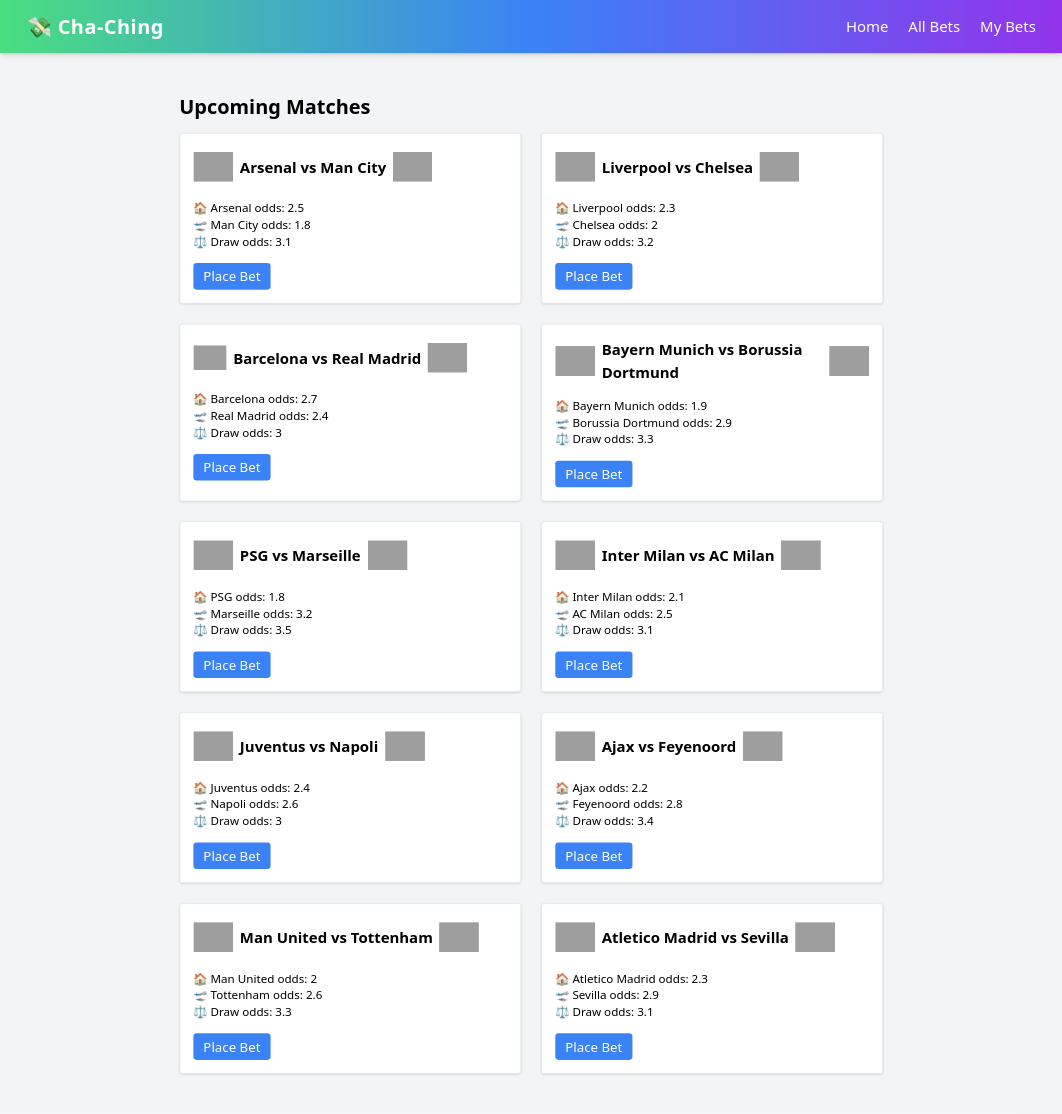
Repository: PEEZYBEE/cha-ching
Page: /bets
The author's editor kept a copy of each file at every save. The page is drawn from the files as they stood at one save, then again after a run of saves.
The browser window is 1280 px wide. The pictures show the whole page, at 83% of full size.
Pictures or frames that could not be fetched are drawn as grey boxes. The page's requests for data from a server got no answer. The project was rebuilt for these pictures with package versions that can differ from the ones it lists, and the page was loaded fresh each time. No one was signed in, and anything a server would have sent is missing. Requests to the local data server were answered from the project's data file. Also part of the build but not shown: vite.config.js, src/pages/HomePage.jsx, src/components/BetForm.jsx, src/pages/MyBetsPage.jsx, src/pages/ResultsPage.jsx.

Above is the page before, as saved 2025-04-22 00:23:24.

### index.html
<!doctype html>
<html lang="en">
  <head>
    <meta charset="UTF-8" />
    <link rel="icon" type="image/svg+xml" href="https://i.pinimg.com/236x/50/70/9f/50709f03061276eef65dc2b662e76530.jpg" />
    <meta name="viewport" content="width=device-width, initial-scale=1.0" />
    <title>cha-ching</title>
  </head>
  <body>
    <div id="root"></div>
    <script type="module" src="/src/main.jsx"></script>
  </body>
</html>

### src/main.jsx
import { StrictMode } from "react"
import { createRoot } from "react-dom/client"
import { BrowserRouter } from "react-router-dom"
import App from "./App"
import "./index.css"

createRoot(document.getElementById("root")).render(
  <StrictMode>
    <BrowserRouter>
      <App />
    </BrowserRouter>
  </StrictMode>
)

### src/App.jsx
import { useState } from "react";
import { Routes, Route } from "react-router-dom";
import Navbar from "./components/Navbar";
import HomePage from "./pages/HomePage";
import BetsPage from "./pages/BetsPage";
import MyBetsPage from "./pages/MyBetsPage";
import ResultsPage from "./pages/ResultsPage";
import { ToastContainer } from "react-toastify";
import "react-toastify/dist/ReactToastify.css";


export default function App() {
  const [myBets, setMyBets] = useState([]);

  function handlePlaceBet(bet) {
    setMyBets((prevBets) => [...prevBets, bet]);
  }

  return (
    <div className="min-h-screen bg-gray-100">
      <Navbar />
      <div className="p-6">
        <Routes>
          <Route path="/" element={<HomePage />} />
          <Route path="/bets" element={<BetsPage onPlaceBet={handlePlaceBet} />} />
          <Route path="/my-bets" element={<MyBetsPage myBets={myBets} />} />
          <Route path="/results" element={<ResultsPage />} />
        </Routes>
        <ToastContainer position="top-right" autoClose={3000} />
      </div>
    </div>
  );
}

### src/components/Navbar.jsx
import { Link } from "react-router-dom";
import { motion } from "framer-motion";

export default function Navbar() {
  return (
    <motion.nav
      initial={{ y: -80 }}
      animate={{ y: 0 }}
      transition={{ type: "spring", stiffness: 80 }}
      className="sticky top-0 z-50 bg-gradient-to-r from-green-400 via-blue-500 to-purple-600 backdrop-blur-sm bg-opacity-80 shadow-md"
    >
      <div className="max-w-7xl mx-auto px-4 sm:px-6 lg:px-8 py-4 flex items-center justify-between text-white">
        {/* Logo */}
        <motion.div
          initial={{ rotate: -10 }}
          animate={{ rotate: 0 }}
          transition={{ type: "spring", stiffness: 200 }}
          className="text-2xl font-extrabold tracking-wide"
        >
          💸 Cha-Ching
        </motion.div>

        {/* Links */}
        <div className="flex space-x-6 text-lg font-medium">
          <NavItem to="/" text="Home" />
          <NavItem to="/bets" text="All Bets" />
          <NavItem to="/my-bets" text="My Bets" />
        </div>
      </div>
    </motion.nav>
  );
}

function NavItem({ to, text }) {
  return (
    <motion.div
      whileHover={{ scale: 1.1 }}
      whileTap={{ scale: 0.95 }}
      className="transition-all duration-200"
    >
      <Link
        to={to}
        className="hover:text-yellow-300 hover:underline underline-offset-4"
      >
        {text}
      </Link>
    </motion.div>
  );
}

### src/pages/BetsPage.jsx
import { useEffect, useState } from "react";
import MatchCardFixed from "../components/MatchCardFixed";
import BetForm from "../components/BetForm";

export default function BetsPage() {
  const [games, setGames] = useState([]);
  const [selectedGame, setSelectedGame] = useState(null);

  useEffect(() => {
    fetch("http://localhost:3000/games")
      .then((res) => res.json())
      .then((data) => {
        console.log("Fetched games:", data);
        setGames(data);
      })
      .catch((err) => console.error("Error fetching games:", err));
  }, []);

  function handlePlaceBet(game) {
    setSelectedGame(game);
  }

  function handleSubmitBet(newBet) {
    fetch("http://localhost:3000/bets", {
      method: "POST",
      headers: {
        "Content-Type": "application/json",
      },
      body: JSON.stringify(newBet),
    })
      .then((res) => res.json())
      .then((data) => {
        console.log("Bet submitted:", data);
        setSelectedGame(null);
        alert("Bet placed!");
      })
      .catch((err) => console.error("Error placing bet:", err));
  }

  return (
    <div className="p-6 max-w-4xl mx-auto">
      <h2 className="text-2xl font-bold mb-4">Upcoming Matches</h2>

      {selectedGame && (
        <BetForm game={selectedGame} onSubmitBet={handleSubmitBet} />
      )}

      {games.length === 0 ? (
        <p>Loading games...</p>
      ) : (
        <div className="grid gap-6 sm:grid-cols-1 md:grid-cols-2 lg:grid-cols-2">
          {games.map((game) => (
            <MatchCardFixed
              key={game.id}
              match={game}
              onPlaceBet={handlePlaceBet}
            />
          ))}
        </div>
      )}
    </div>
  );
}

### src/components/MatchCardFixed.jsx
export default function MatchCardFixed({ match, onPlaceBet }) {
  const smallLogoTeams = ["Barcelona"]; // Add more teams here

  const getLogoClass = (team) =>
    smallLogoTeams.includes(team) ? "w-10 h-10" : "w-12 h-12";

  return (
    <div className="border p-4 rounded shadow bg-white">
      <div className="flex items-center justify-between mb-4">
        <div className="flex items-center gap-2">
          <img
            src={match.homeTeamLogo}
            alt={match.homeTeam}
            className={`object-contain ${getLogoClass(match.homeTeam)}`}
          />
          <span className="font-semibold text-lg">
            {match.homeTeam} vs {match.awayTeam}
          </span>
          <img
            src={match.awayTeamLogo}
            alt={match.awayTeam}
            className={`object-contain ${getLogoClass(match.awayTeam)}`}
          />
        </div>
      </div>
      <div className="text-sm mb-2">
        <p>🏠 {match.homeTeam} odds: {match.homeOdds}</p>
        <p>🛫 {match.awayTeam} odds: {match.awayOdds}</p>
        <p>⚖️ Draw odds: {match.drawOdds}</p>
      </div>
      <button
        onClick={() => onPlaceBet(match)}
        className="mt-2 bg-blue-500 hover:bg-blue-600 text-white py-1 px-3 rounded"
      >
        Place Bet
      </button>
    </div>
  );
}

### db.json
{
  "games": [
    {
      "id": "1",
      "homeTeam": "Arsenal",
      "homeTeamLogo": "https://upload.wikimedia.org/wikipedia/en/5/53/Arsenal_FC.svg",
      "awayTeam": "Man City",
      "awayTeamLogo": "https://upload.wikimedia.org/wikipedia/en/e/eb/Manchester_City_FC_badge.svg",
      "homeOdds": 2.5,
      "awayOdds": 1.8,
      "drawOdds": 3.1,
      "result": "away"
    },
    {
      "id": "2",
      "homeTeam": "Liverpool",
      "homeTeamLogo": "https://upload.wikimedia.org/wikipedia/en/0/0c/Liverpool_FC.svg",
      "awayTeam": "Chelsea",
      "awayTeamLogo": "https://upload.wikimedia.org/wikipedia/en/c/cc/Chelsea_FC.svg",
      "homeOdds": 2.3,
      "awayOdds": 2,
      "drawOdds": 3.2,
      "result": null
    },
    {
      "id": "3",
      "homeTeam": "Barcelona",
      "homeTeamLogo": "https://upload.wikimedia.org/wikipedia/en/thumb/4/47/FC_Barcelona_%28crest%29.svg/100px-FC_Barcelona_%28crest%29.svg.png",
      "awayTeam": "Real Madrid",
      "awayTeamLogo": "https://upload.wikimedia.org/wikipedia/en/5/56/Real_Madrid_CF.svg",
      "homeOdds": 2.7,
      "awayOdds": 2.4,
      "drawOdds": 3,
      "result": "away"
    },
    {
      "id": "4",
      "homeTeam": "Bayern Munich",
      "homeTeamLogo": "https://encrypted-tbn0.gstatic.com/images?q=tbn:ANd9GcQLL_mt8ufVH3Vp_fJCv_1nhaXvl7PCBGdJGY9xZnS-3QWHxciJAuDH1AKaLK-St-UaQQ0&usqp=CAU",
      "awayTeam": "Borussia Dortmund",
      "awayTeamLogo": "https://upload.wikimedia.org/wikipedia/commons/6/67/Borussia_Dortmund_logo.svg",
      "homeOdds": 1.9,
      "awayOdds": 2.9,
      "drawOdds": 3.3,
      "result": "draw"
    },
    {
      "id": "5",
      "homeTeam": "PSG",
      "homeTeamLogo": "https://upload.wikimedia.org/wikipedia/en/a/a7/Paris_Saint-Germain_F.C..svg",
      "awayTeam": "Marseille",
      "awayTeamLogo": "https://e7.pngegg.com/pngimages/14/191/png-clipart-droit-au-but-logo-olympique-de-marseille-logo-icons-logos-emojis-football-thumbnail.png",
      "homeOdds": 1.8,
      "awayOdds": 3.2,
      "drawOdds": 3.5,
      "result": "home"
    },
    {
      "id": "6",
      "homeTeam": "Inter Milan",
      "homeTeamLogo": "https://upload.wikimedia.org/wikipedia/commons/thumb/0/05/FC_Internazionale_Milano_2021.svg/2048px-FC_Internazionale_Milano_2021.svg.png",
      "awayTeam": "AC Milan",
      "awayTeamLogo": "https://upload.wikimedia.org/wikipedia/commons/d/d0/Logo_of_AC_Milan.svg",
      "homeOdds": 2.1,
      "awayOdds": 2.5,
      "drawOdds": 3.1,
      "result": null
    },
    {
      "id": "7",
      "homeTeam": "Juventus",
      "homeTeamLogo": "https://i.pinimg.com/474x/49/a8/c6/49a8c6ef4454f6fe735d1b9ca3d061cf.jpg",
      "awayTeam": "Napoli",
      "awayTeamLogo": "https://encrypted-tbn0.gstatic.com/images?q=tbn:ANd9GcTDYH_vR7azQimMDmhJOMk3dTt7mqz3GN3w1w&s",
      "homeOdds": 2.4,
      "awayOdds": 2.6,
      "drawOdds": 3,
      "result": null
    },
    {
      "id": "8",
      "homeTeam": "Ajax",
      "homeTeamLogo": "https://upload.wikimedia.org/wikipedia/en/7/79/Ajax_Amsterdam.svg",
      "awayTeam": "Feyenoord",
      "awayTeamLogo": "https://encrypted-tbn0.gstatic.com/images?q=tbn:ANd9GcRBQs0YE_ZTpEikcy_WjBvOI3KWGym5dJzONg&s",
      "homeOdds": 2.2,
      "awayOdds": 2.8,
      "drawOdds": 3.4,
      "result": null
    },
    {
      "id": "9",
      "homeTeam": "Man United",
      "homeTeamLogo": "https://upload.wikimedia.org/wikipedia/en/7/7a/Manchester_United_FC_crest.svg",
      "awayTeam": "Tottenham",
      "awayTeamLogo": "https://upload.wikimedia.org/wikipedia/en/b/b4/Tottenham_Hotspur.svg",
      "homeOdds": 2,
      "awayOdds": 2.6,
      "drawOdds": 3.3,
      "result": null
    },
    {
      "id": "10",
      "homeTeam": "Atletico Madrid",
      "homeTeamLogo": "https://upload.wikimedia.org/wikipedia/en/thumb/f/f9/Atletico_Madrid_Logo_2024.svg/1200px-Atletico_Madrid_Logo_2024.svg.png",
      "awayTeam": "Sevilla",
      "awayTeamLogo": "https://encrypted-tbn0.gstatic.com/images?q=tbn:ANd9GcSAtsyOoOVd_LIYyMqoE0kIgrOKR9kwWK4MmA&s",
      "homeOdds": 2.3,
      "awayOdds": 2.9,
      "drawOdds": 3.1,
      "result": null
    }
  ],
  "bets": [
    {
      "id": "727e",
      "gameId": "1",
      "match": "Arsenal vs Man City",
      "betOn": "Arsenal",
      "amount": 51,
      "odds": 2.5,
      "status": "lost"
    },
    {
      "id": "1ee1",
      "gameId": "2",
      "match": "Liverpool vs Chelsea",
      "betOn": "Chelsea",
      "amount": 61,
      "odds": 2,
      "status": "pending"
    },
    {
      "id": "9ded",
      "gameId": "1",
      "match": "Arsenal vs Man City",
      "betOn": "Arsenal",
      "amount": 55,
      "odds": 2.5,
      "status": "pending"
    },
    {
      "id": "e4a4",
      "gameId": "4",
      "match": "Bayern Munich vs Borussia Dortmund",
      "betOn": "Draw",
      "amount": 10,
      "odds": 3.3,
      "status": "won",
      "notified": true
    },
    {
      "id": "a130",
      "gameId": "5",
      "match": "PSG vs Marseille",
      "betOn": "PSG",
      "amount": 70,
      "odds": 1.8,
      "status": "won",
      "notified": true
    }
  ]
}

Loaded but not shown: src/index.css (common file); tailwind.config.js (common file)

After the next 2 saves:
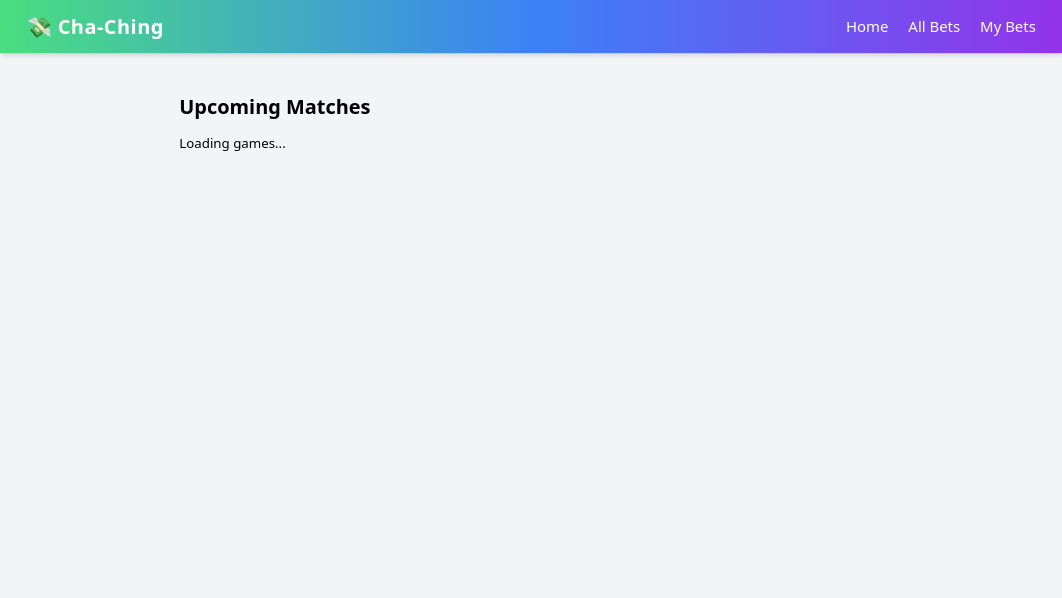
The 2 saves are shown as one change because they came seconds apart.
The last was saved 5 min 39 s later.
--- a/src/pages/BetsPage.jsx
+++ b/src/pages/BetsPage.jsx
@@ -7,7 +7,7 @@
   const [selectedGame, setSelectedGame] = useState(null);
 
   useEffect(() => {
-    fetch("http://localhost:3000/games")
+    fetch("https://cha-ching-backend-1.onrender.com/games")
       .then((res) => res.json())
       .then((data) => {
         console.log("Fetched games:", data);
